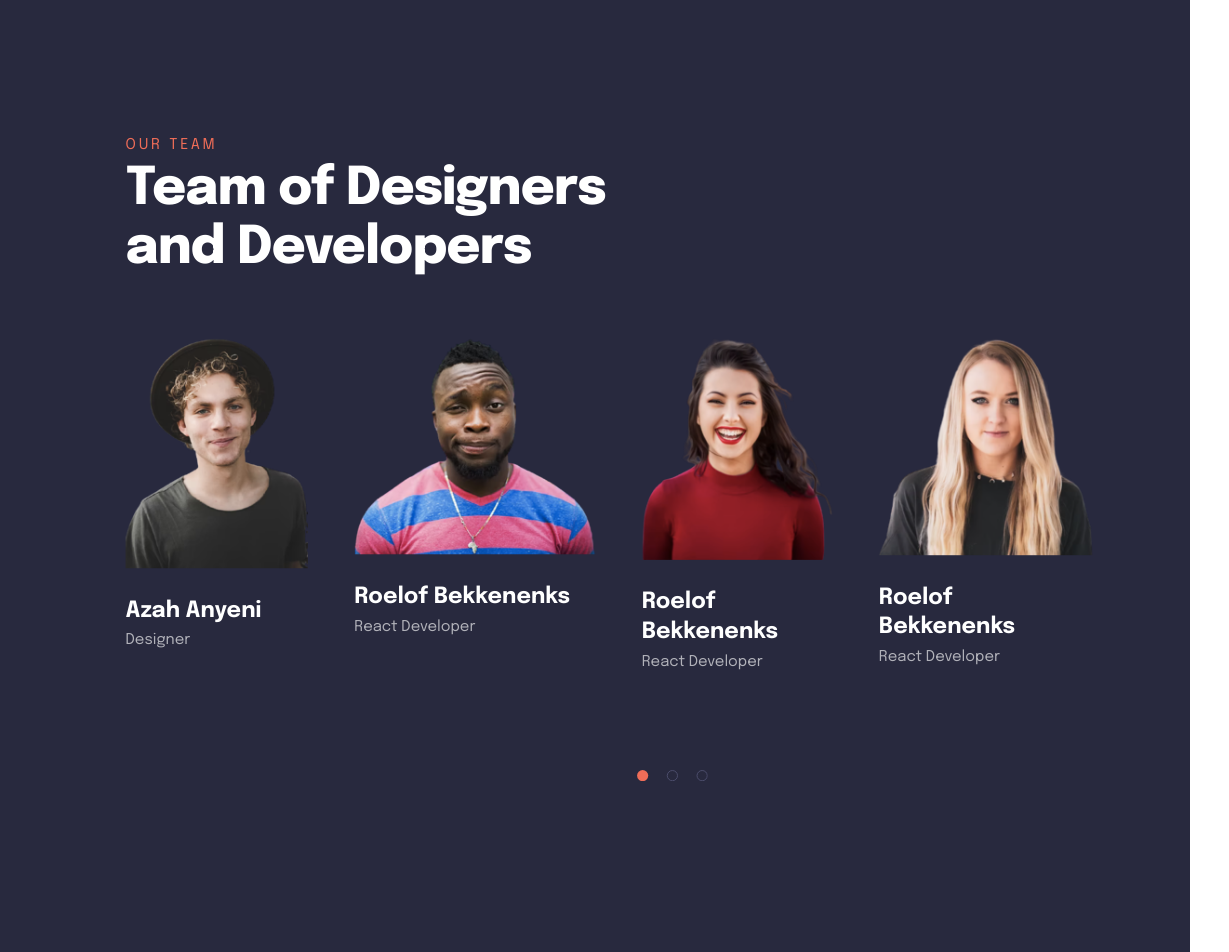
Repository: HeybetzadeQedim/task-6
Page: TEAM/index.html
An editor plug-in stored every save of this project. The page is shown before and after a run of saves, followed by the edit.
The browser window is 1280 px wide. The page is 1280 px wide, then 1321 px, then 1280 px, so the pictures cover 1321 px, including what lies to the right of the window. The pictures show the whole page, at 93% of full size.

Above is the page before, as saved 2023-10-30 16:12:39.

After the next 3 saves:
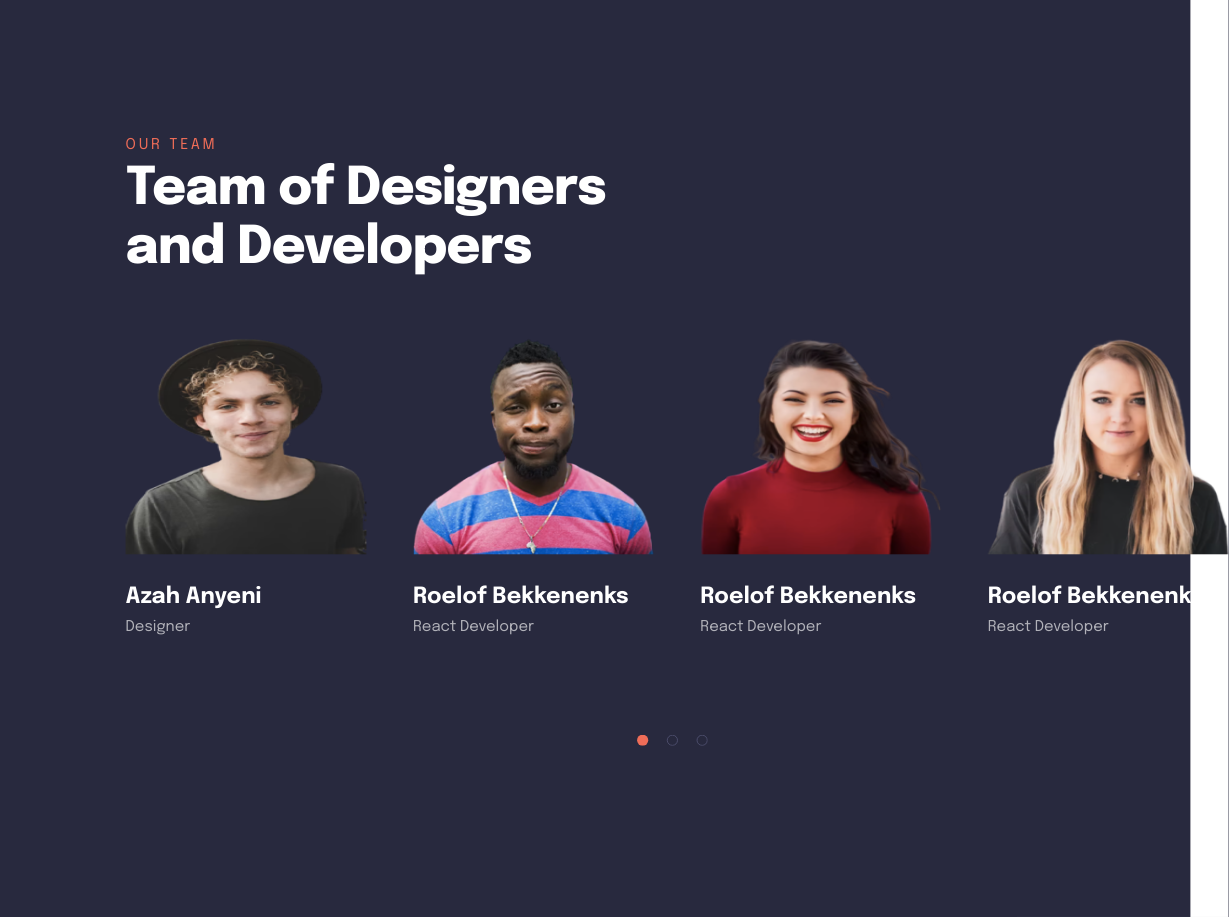
The 3 saves are shown as one change because they came seconds apart.
The last was saved 8 s later.
--- a/TEAM/index.css
+++ b/TEAM/index.css
@@ -73,7 +73,7 @@
   border: 1px solid #3a3c56;
   display: inline-block;
 }
-.box-3 img {
+.img-border img {
   width: 259px;
   height: 232px;
 }

After the 2 saves that followed:
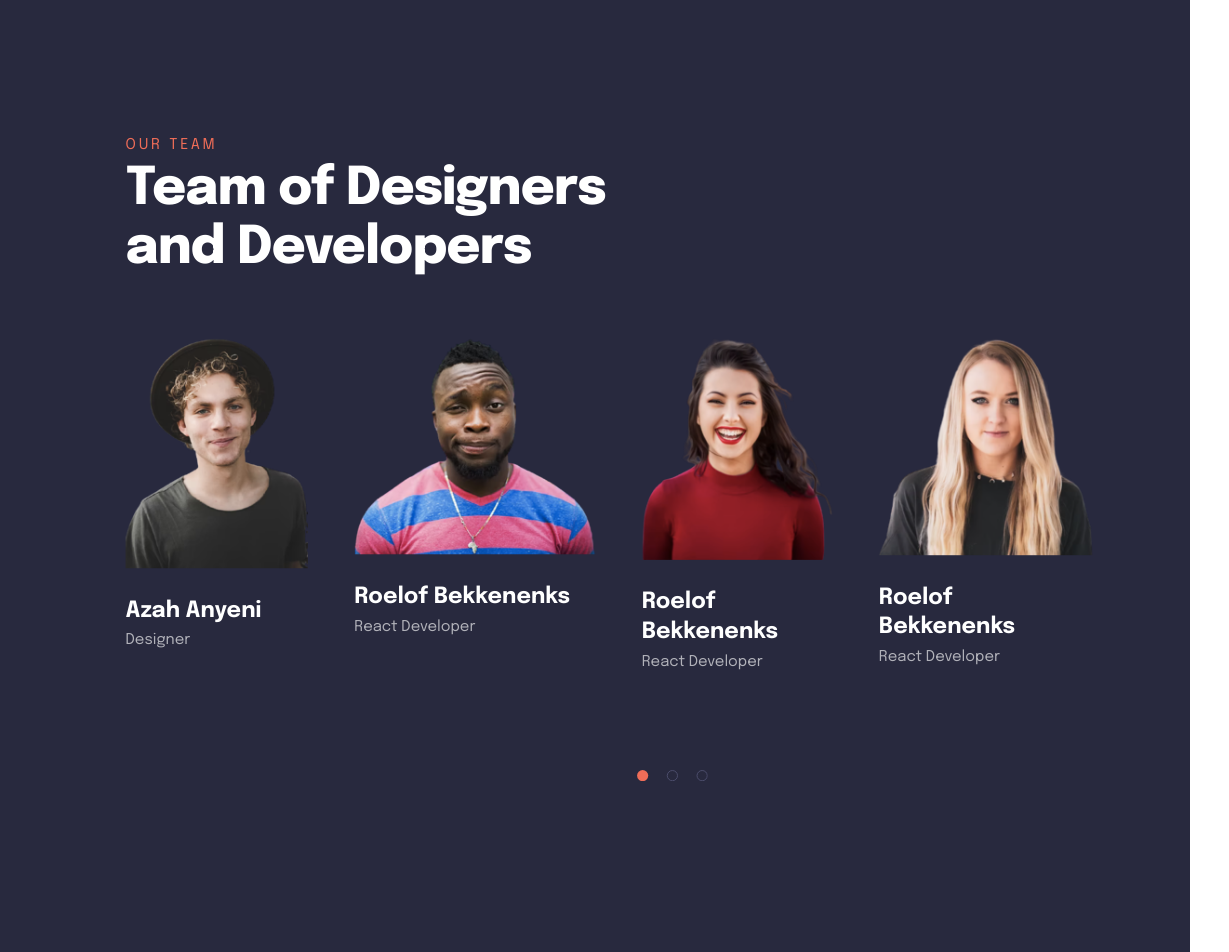
The 2 saves are shown as one change because they came seconds apart.
The last was saved 5 s later.
--- a/TEAM/index.css
+++ b/TEAM/index.css
@@ -73,7 +73,7 @@
   border: 1px solid #3a3c56;
   display: inline-block;
 }
-.img-border img {
+.img-border:nth-child(3) img {
   width: 259px;
   height: 232px;
 }
